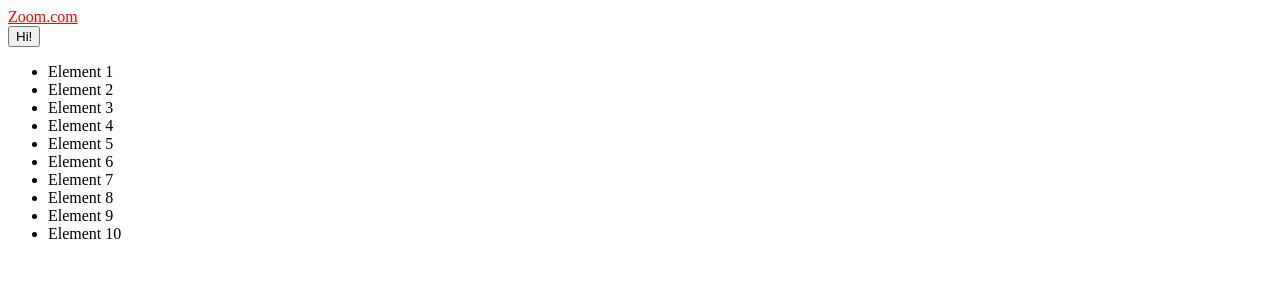
Repository: nottonofclay/csi_waymo
Page: pseudoclasses/pseudoclasses.html
An editor plug-in stored every save of this project. The page is shown before and after the next save, followed by the edit.
The browser window is 1280 px wide. The pictures show the whole page.

Above is the page before, as saved 2023-07-06 11:52:39.

### pseudoclasses/pseudoclasses.html
<!DOCTYPE html>
<html lang="en">
<head>
    <meta charset="UTF-8">
    <meta name="viewport" content="width=device-width, initial-scale=1.0">
    <title>Document</title>
    <link rel="stylesheet" href="pseudoclasses.css">
</head>
<body>
    <a href="https://www.zoom.com">Zoom.com</a>
    <br>
    <button>Hi!</button>
    <ul>
        <li>Element 1</li>
        <li>Element 2</li>
        <li>Element 3</li>
        <li>Element 4</li>
        <li>Element 5</li>
        <li>Element 6</li>
        <li>Element 7</li>
        <li>Element 8</li>
        <li>Element 9</li>
        <li>Element 10</li>
    </ul>
</body>
</html>

### pseudoclasses/pseudoclasses.css
a:link {
    color:red;
}
a:visited {
    color:darkolivegreen;
}
a:hover {
    color:black;
}
a:active{
    color:aqua;
}
button:hover {
    color:cornflowerblue;
    background-color: white;
}
button:active {
    background-color: green;
}
li:nth-child(3) {
    background-color: light
}

After the next save:
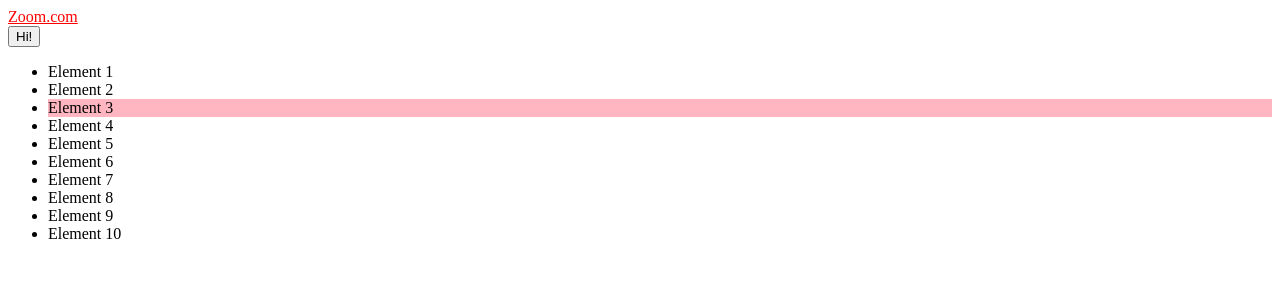
Saved 4 s later.
--- a/pseudoclasses/pseudoclasses.css
+++ b/pseudoclasses/pseudoclasses.css
@@ -18,5 +18,5 @@
     background-color: green;
 }
 li:nth-child(3) {
-    background-color: light
+    background-color: lightpink;
 }
